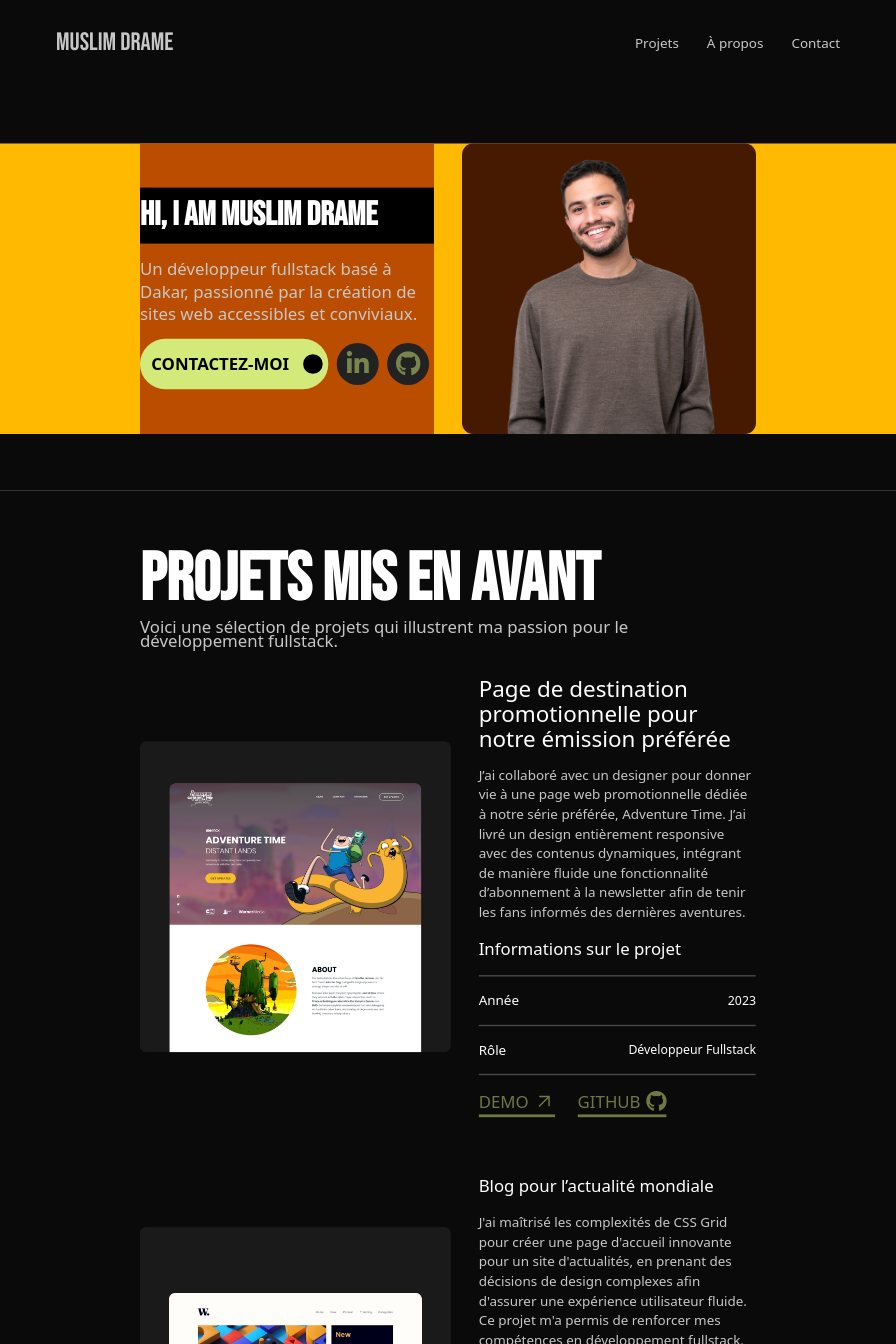
Repository: muslimdrame37-oss/Portfolio1
Page: src/index.html
An editor plug-in stored every save of this project. The page is shown before and after the next save, followed by the edit.
The browser window is 1280 px wide. The pictures show the part of the page from y = 0 to 1920 px (the page is 4508 px tall), at 70% of full size.
Some web fonts or font styles are not loaded; a fallback is used. Some web libraries are served in a nearby version.

Above is the page before, as saved 2026-02-11 20:33:51.

After the next save:
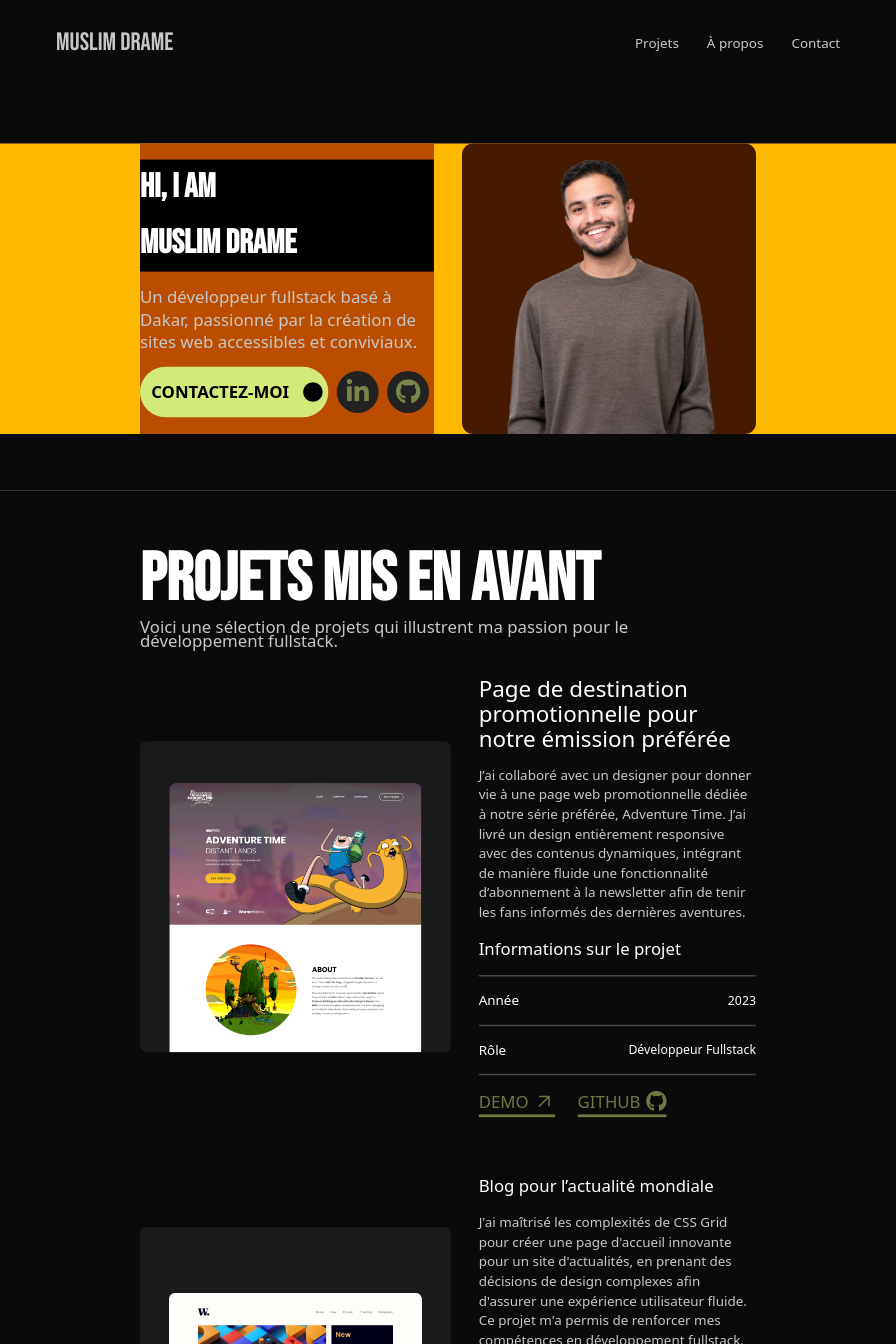
Saved 30 s later.
--- a/src/index.html
+++ b/src/index.html
@@ -46,7 +46,7 @@
         <section class="px-5 mt-20 flex flex-col justify-between gap-10 lg:flex-row lg:px-50 bg-amber-400" aria-label="Section d'accueil">
             <!-- Contenu texte -->
             <div class="flex flex-col gap-5 justify-center lg:w-1/2 bg-amber-700">
-                <h2 class="text-white text-[3rem] font-bebas lg:text-[5rem] lg:font-bold lg:leading-20 leading-15 bg-black">HI, I AM MUSLIM DRAME</h2>
+                <h2 class="text-white text-[3rem] font-bebas lg:text-[5rem] lg:font-bold lg:leading-20 leading-15 bg-black">HI, I AM <br> MUSLIM DRAME</h2>
                 <p class="text-1xl text-[#C7C7C7] lg:text-2xl">
                     Un développeur fullstack basé à Dakar, passionné par la création de sites web accessibles et conviviaux.
                 </p>
